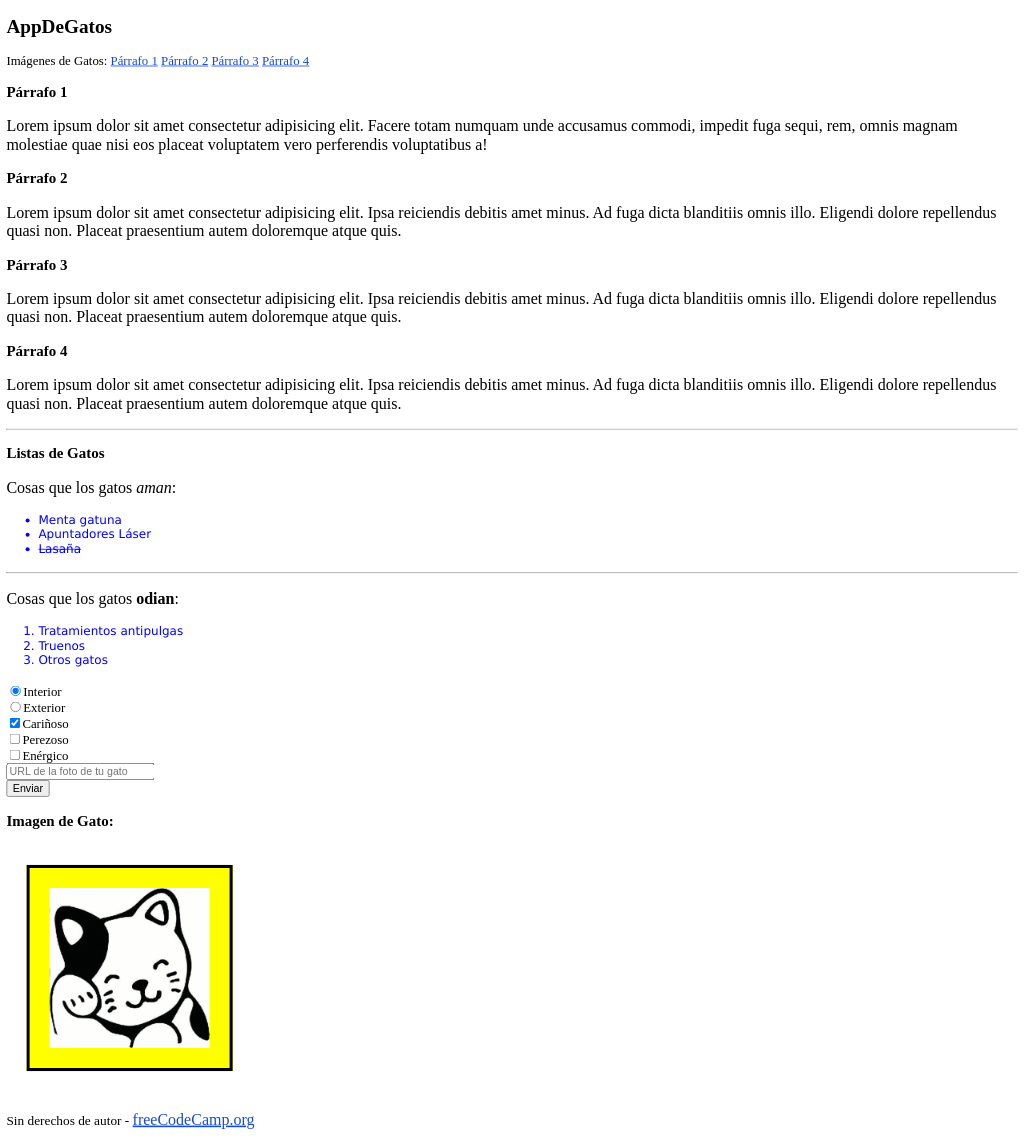
Repository: pedro-donoso/curso-html---css
Page: index.html
An editor plug-in stored every save of this project. The page is shown before and after a run of saves, followed by the edit.
The browser window is 1280 px wide. The pictures show the whole page, at 80% of full size.

Above is the page before, as saved 2023-11-17 12:00:12.

### index.html
<!DOCTYPE html>
<html lang="es">

<head>
  <meta charset="UTF-8">
  <meta name="viewport" content="width=device-width, initial-scale=1.0">
  <title>AppDeGatos</title>
  <link rel="stylesheet" href="./style.css">
</head>

<body>
  <h2>AppDeGatos</h2>
  <main <h3>Imágenes de Gatos:</h3>

    <a href="#parrafo-1">Párrafo 1</a>
    <a href="#parrafo-2">Párrafo 2</a>
    <a href="#parrafo-3">Párrafo 3</a>
    <a href="#parrafo-4">Párrafo 4</a>

    <h3 id="parrafo-1">Párrafo 1</h3>

    <p>Lorem ipsum dolor sit amet consectetur adipisicing elit. Facere totam numquam unde accusamus commodi, impedit
      fuga sequi, rem, omnis magnam molestiae quae nisi eos placeat voluptatem vero perferendis voluptatibus a!</p>

    <h3 id="parrafo-2">Párrafo 2</h3>

    <p>Lorem ipsum dolor sit amet consectetur adipisicing elit. Ipsa reiciendis debitis amet minus. Ad fuga dicta
      blanditiis omnis illo. Eligendi dolore repellendus quasi non. Placeat praesentium autem doloremque atque quis.</p>

    <h3 id="parrafo-3">Párrafo 3</h3>

    <p>Lorem ipsum dolor sit amet consectetur adipisicing elit. Ipsa reiciendis debitis amet minus. Ad fuga dicta
      blanditiis omnis illo. Eligendi dolore repellendus quasi non. Placeat praesentium autem doloremque atque quis.</p>

    <h3 id="parrafo-4">Párrafo 4</h3>

    <p>Lorem ipsum dolor sit amet consectetur adipisicing elit. Ipsa reiciendis debitis amet minus. Ad fuga dicta
      blanditiis omnis illo. Eligendi dolore repellendus quasi non. Placeat praesentium autem doloremque atque quis.</p>

    <hr>

    <h3>Listas de Gatos</h3>

    <div>
      <p>Cosas que los gatos <em>aman</em>:</p>
      <ul class="lista-de-gatos">
        <li>Menta gatuna</li>
        <li>Apuntadores Láser</li>
        <li><s>Lasaña</s></li>
      </ul>

      <hr>

      <p>Cosas que los gatos <strong>odian</strong>:</p>
      <ol class="lista-de-gatos">
        <li>Tratamientos antipulgas</li>
        <li>Truenos</li>
        <li>Otros gatos</li>
      </ol>
    </div>


    <form action="/enviar-respuesta">

      <!-- botones de radio -->
      <label for="interior">
        <input type="radio" value="interior" id="interior" name="interior-exterior" checked>Interior </label>

      <br>

      <label for="exterior"><input type="radio" value="exterior" id="exterior" name="interior-exterior">Exterior</label>

      <br>

      <!-- casilla de verificación -->
      <label for="carinoso"> <input type="checkbox" name="personalidad id=" carinoso" checked>Cariñoso</label>

      <br>

      <label for="perezoso"><input type="checkbox" name="personalidad" id="perezoso">Perezoso</label>

      <br>

      <label for="energico"><input type="checkbox" name="personalidad" id="energico">Enérgico</label>

      <br>

      <!-- texto y boton enviar -->
      <input type="text" placeholder="URL de la foto de tu gato" required>

      <br>

      <button type="submit">Enviar</button>
    </form>

    <h3>Imagen de Gato:</h3>
    <div>
      <a href="https://www.freecodecamp.org/espanol/" target="_blank" rel="noopener noreferrer"><img
          src="./assets/img/gato.jpg" alt="gato"></a>
    </div>

  </main>

  <footer>
    <p><small>Sin derechos de autor - <a href="https://www.freecodecamp.org/español/"></small>freeCodeCamp.org</a></p>
  </footer>

</body>

</html>

### style.css
p,
ul,
ol {
  font-size: 20px;
}

li {
  color: blue;
  font-size: 15px;
  font-family: Verdana;
}

div {
  background-color: #00
}

img {
  padding: 25px;
  margin: 25px;
  background-color: yellow;
  border-width: 4px;
  border-color: black;
  border-style: solid;
  width: 200px;
}

a{
  color: #154bd4;
}

After the next 2 saves:
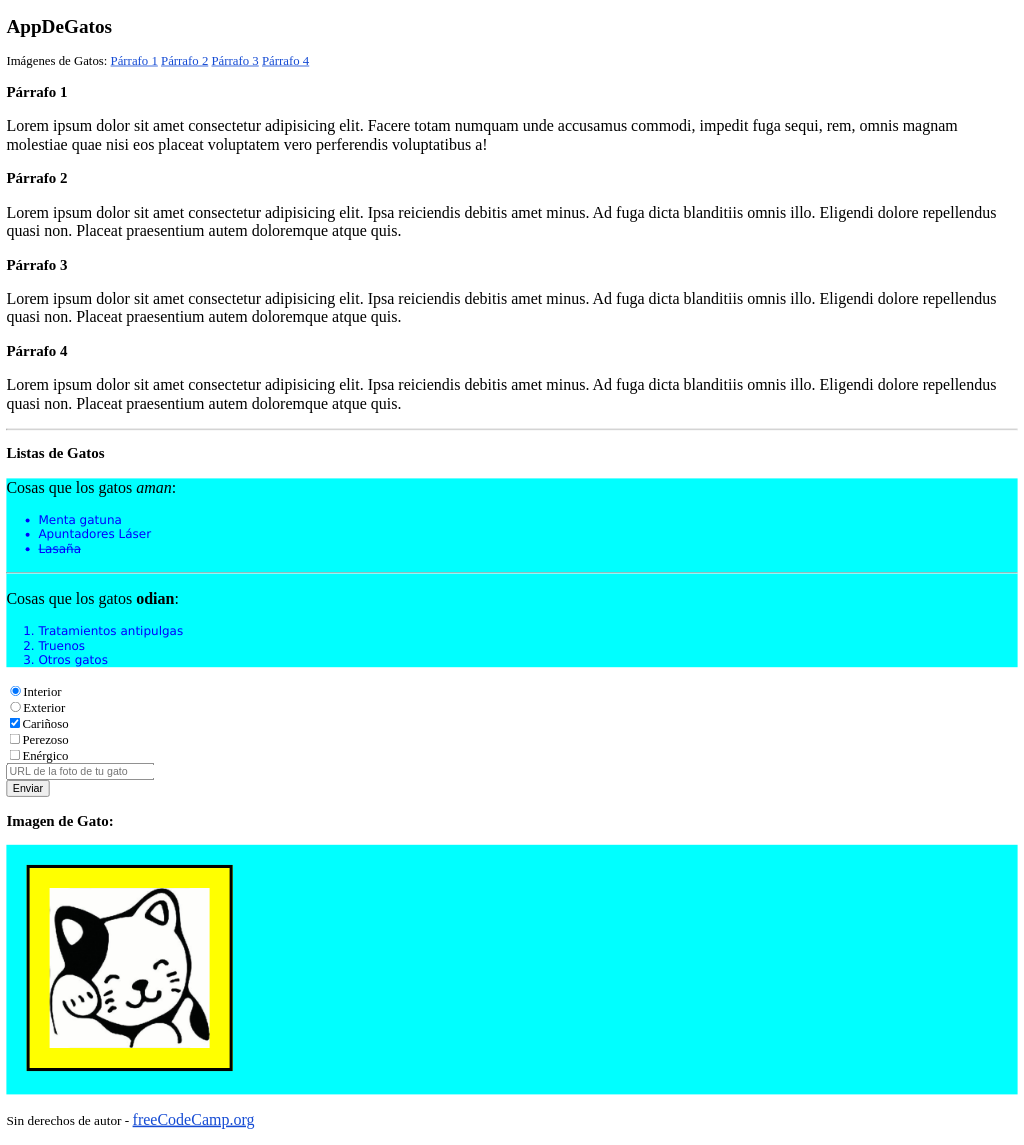
The 2 saves are shown as one change because they came seconds apart.
The last was saved 6 s later.
--- a/style.css
+++ b/style.css
@@ -11,7 +11,7 @@
 }
 
 div {
-  background-color: #00
+  background-color: #0ff
 }
 
 img {
